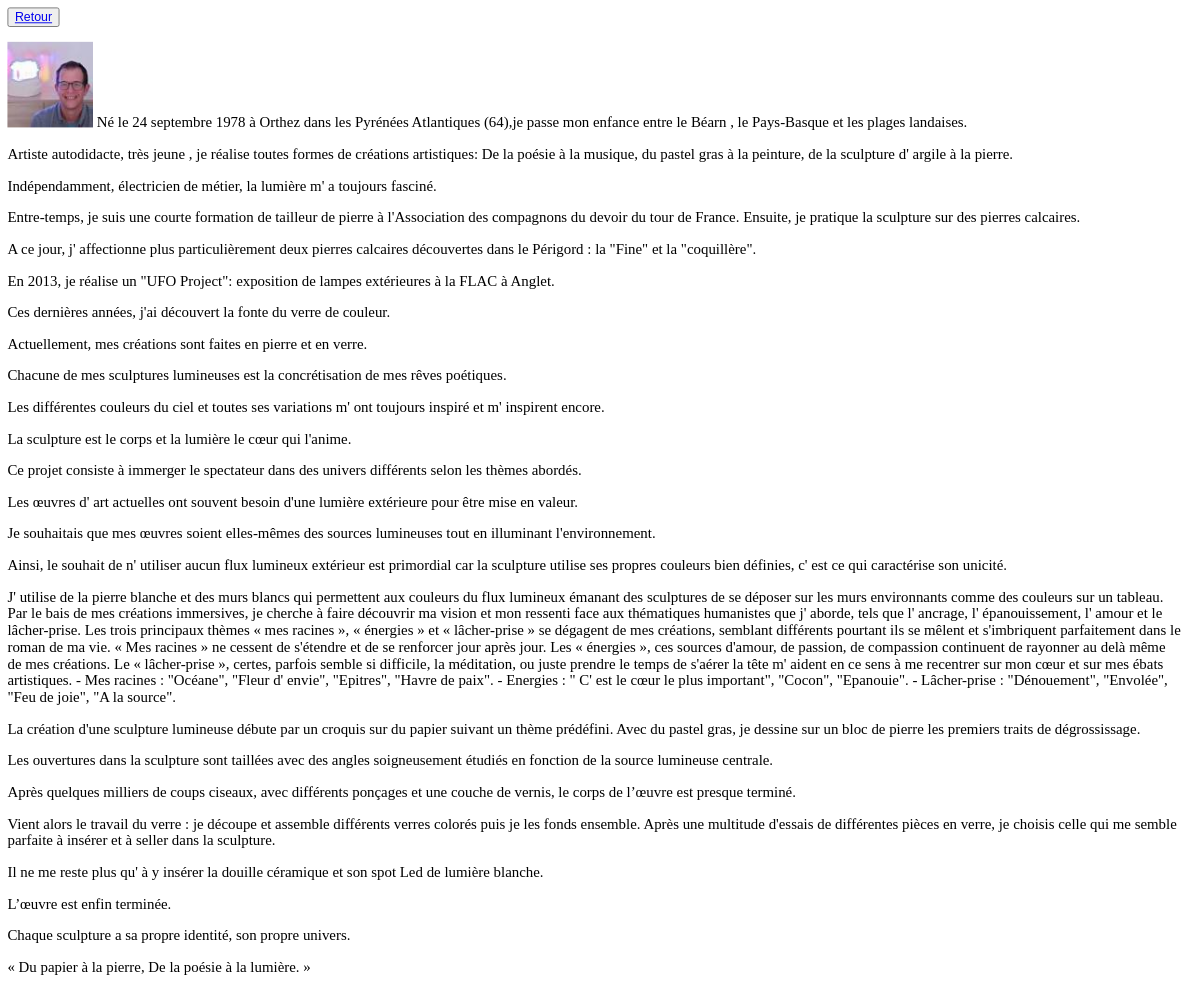
Repository: lysianebo/EricBidart
Page: presentation_more.html
These files come from the project's save history. The page is drawn as it stood at one moment and after the next save; the edit follows.
The browser window is 1280 px wide. The pictures show the whole page, at 93% of full size.

Above is the page before, as saved 2023-10-29 07:44:27.

### presentation_more.html
<!DOCTYPE html>
<html lang="en">
<head>
    <meta charset="UTF-8">
    <meta name="viewport" content="width=device-width, initial-scale=1.0">
    <title>Document</title>
    <link rel="stylesheet" href="public/css/style.css">
</head>
<body>
    <button class="back-button"><a href="presentation.html">Retour</a></button>
    <div class="hidden" id="presentation-content">
        <p class="text"><img src="public/images/happy_moi.jpeg" alt=""> Né le 24 septembre 1978 à Orthez dans les Pyrénées Atlantiques (64),je passe mon enfance entre le Béarn , le Pays-Basque et les plages landaises.</p>
        <p> Artiste autodidacte, très jeune , je réalise toutes formes de créations artistiques: De la poésie à la musique, du pastel gras à la peinture, de la sculpture d' argile à la pierre.</p>
        <p> Indépendamment, électricien de métier, la lumière m' a toujours fasciné.</p>
        <p> Entre-temps, je suis une courte formation de tailleur de pierre à l'Association des compagnons du devoir du
            tour de France. Ensuite, je pratique la sculpture sur des pierres calcaires.</p>
        <p> A ce jour, j' affectionne plus particulièrement deux pierres calcaires découvertes dans le Périgord : la
            "Fine" et la "coquillère".</p>
        <p> En 2013, je réalise un "UFO Project": exposition de lampes extérieures à la FLAC à Anglet.</p>
        <p> Ces dernières années, j'ai découvert la fonte du verre de couleur.</p>
        <p> Actuellement, mes créations sont faites en pierre et en verre.</p>
        <p>Chacune de mes sculptures lumineuses est la concrétisation de mes rêves poétiques.</p>
    </div>
    <div class="hidden" id="demarche-content">
        <p>Les différentes couleurs du ciel et toutes ses variations m' ont toujours inspiré et m' inspirent encore.
            <p>La sculpture est le corps et la lumière le cœur qui l'anime.</p>
            <p>Ce projet consiste à immerger le spectateur dans des univers différents selon les thèmes abordés.</p>
            <p>Les œuvres d' art actuelles ont souvent besoin d'une lumière extérieure pour être mise en valeur.</p>
            <p>Je souhaitais que mes œuvres soient elles-mêmes des sources lumineuses tout en illuminant l'environnement.</p>
            <p>Ainsi, le souhait de n' utiliser aucun flux lumineux extérieur est primordial car la sculpture utilise ses propres couleurs bien définies, c' est ce qui caractérise son unicité.</p>
    J' utilise de la pierre blanche et des murs blancs qui permettent aux couleurs du flux lumineux émanant des
            sculptures de se déposer sur les murs environnants comme des couleurs sur un tableau.

            Par le bais de mes créations immersives, je cherche à faire découvrir ma vision et mon ressenti face aux
            thématiques humanistes que j' aborde, tels que l' ancrage, l' épanouissement, l' amour et le lâcher-prise.



            Les trois principaux thèmes « mes racines », « énergies » et « lâcher-prise » se dégagent de mes créations,
            semblant différents pourtant ils se mêlent et s'imbriquent parfaitement dans le roman de ma vie.

            « Mes racines » ne cessent de s'étendre et de se renforcer jour après jour.

            Les « énergies », ces sources d'amour, de passion, de compassion continuent de rayonner au delà même de mes
            créations.

            Le « lâcher-prise », certes, parfois semble si difficile, la méditation, ou juste prendre le temps de s'aérer la
            tête m' aident en ce sens à me recentrer sur mon cœur et sur mes ébats artistiques.

            - Mes racines : "Océane", "Fleur d' envie", "Epitres", "Havre de paix".

            - Energies : " C' est le cœur le plus important", "Cocon", "Epanouie".

            - Lâcher-prise : "Dénouement", "Envolée", "Feu de joie", "A la source".

        </p>
    </div>
    <div class="hidden"
        id="technique-content">
        <p>La création d'une sculpture lumineuse débute par un croquis sur du papier suivant un thème prédéfini. Avec du
            pastel gras, je dessine sur un bloc de pierre les premiers traits de dégrossissage. </p>
        <p>Les ouvertures dans la sculpture sont taillées avec des angles soigneusement étudiés en fonction de la source
            lumineuse centrale.</p>
        <p>Après quelques milliers de coups ciseaux, avec différents ponçages et une couche de vernis,
            le corps de l’œuvre est presque terminé.</p>
        <p> Vient alors le travail du verre : je découpe et assemble différents verres colorés puis je les fonds ensemble.
            Après une multitude d'essais de différentes pièces en verre, je choisis celle qui me semble parfaite à insérer
            et à seller dans la sculpture.</p>
        <p>Il ne me reste plus qu' à y insérer la douille céramique et son spot Led de lumière blanche.</p>
        </p>
        <p> L’œuvre est enfin terminée.</p>


        <p> Chaque sculpture a sa propre identité, son propre univers.</p>

        <p> « Du papier à la pierre, De la poésie à la lumière. »</p>
    </div>

    </div>
</body>
</html>

### public/css/style.css
/* @import url("https://fonts.googleapis.com/css2?family=Belanosima:wght@400;700&family=Noto+Sans&family=Outfit&family=Rubik:wght@400;500;700&display=swap"); */
/*# sourceMappingURL=style.css.map */

After the next save:
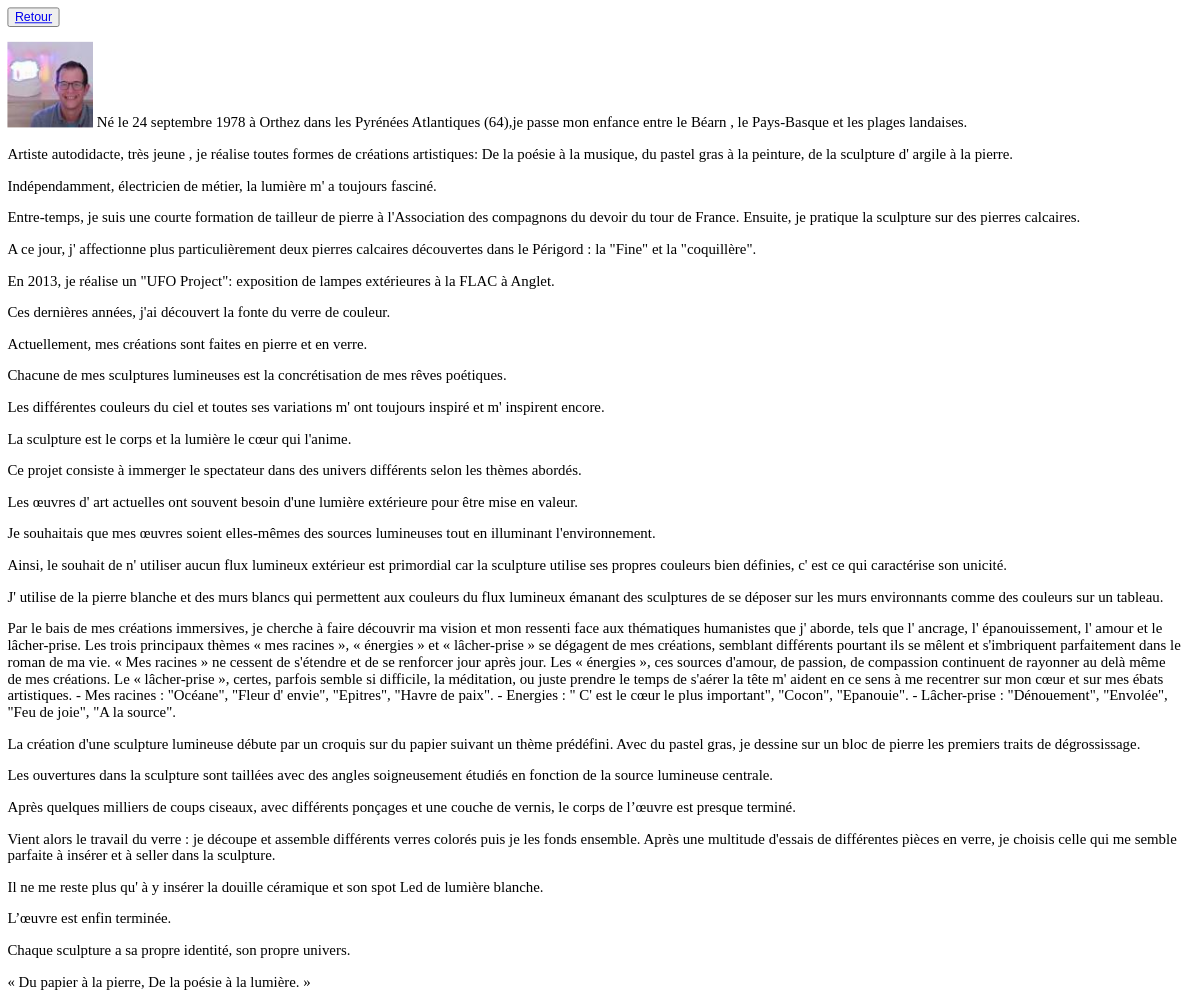
Saved 11 s later.
--- a/presentation_more.html
+++ b/presentation_more.html
@@ -24,12 +24,14 @@
     <div class="hidden" id="demarche-content">
         <p>Les différentes couleurs du ciel et toutes ses variations m' ont toujours inspiré et m' inspirent encore.
             <p>La sculpture est le corps et la lumière le cœur qui l'anime.</p>
-            <p>Ce projet consiste à immerger le spectateur dans des univers différents selon les thèmes abordés.</p>
+            Ce projet consiste à immerger le spectateur dans des univers différents selon les thèmes abordés.
             <p>Les œuvres d' art actuelles ont souvent besoin d'une lumière extérieure pour être mise en valeur.</p>
             <p>Je souhaitais que mes œuvres soient elles-mêmes des sources lumineuses tout en illuminant l'environnement.</p>
             <p>Ainsi, le souhait de n' utiliser aucun flux lumineux extérieur est primordial car la sculpture utilise ses propres couleurs bien définies, c' est ce qui caractérise son unicité.</p>
-    J' utilise de la pierre blanche et des murs blancs qui permettent aux couleurs du flux lumineux émanant des
-            sculptures de se déposer sur les murs environnants comme des couleurs sur un tableau.
+    <p>
+        J' utilise de la pierre blanche et des murs blancs qui permettent aux couleurs du flux lumineux émanant des
+                sculptures de se déposer sur les murs environnants comme des couleurs sur un tableau.
+    </p>
 
             Par le bais de mes créations immersives, je cherche à faire découvrir ma vision et mon ressenti face aux
             thématiques humanistes que j' aborde, tels que l' ancrage, l' épanouissement, l' amour et le lâcher-prise.
